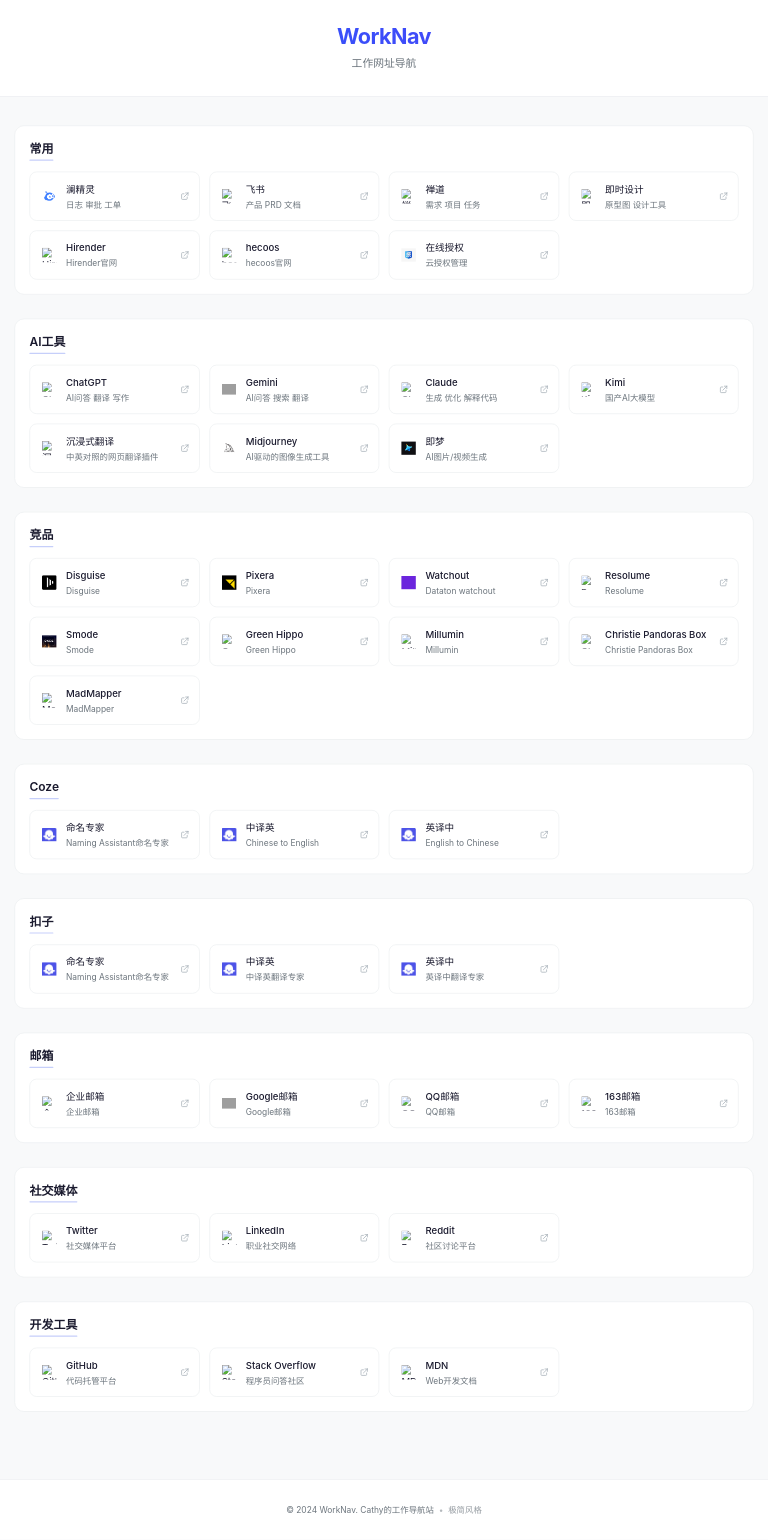
Repository: SweetPomelo0/WorkNav
Page: /
These files come from the project's save history. The page is drawn as it stood at one moment and after the next save; the edit follows.
The browser window is 1280 px wide. The pictures show the whole page, at 60% of full size.
Pictures or frames that could not be fetched are drawn as grey boxes. The project was rebuilt for these pictures with package versions that can differ from the ones it lists, and the page was loaded fresh each time. The framework's server and built-in components were replaced by stand-ins that run in the browser. Also part of the build but not shown: next.config.ts.

Above is the page before, as saved 2025-07-26 20:54:01.

After the next save:
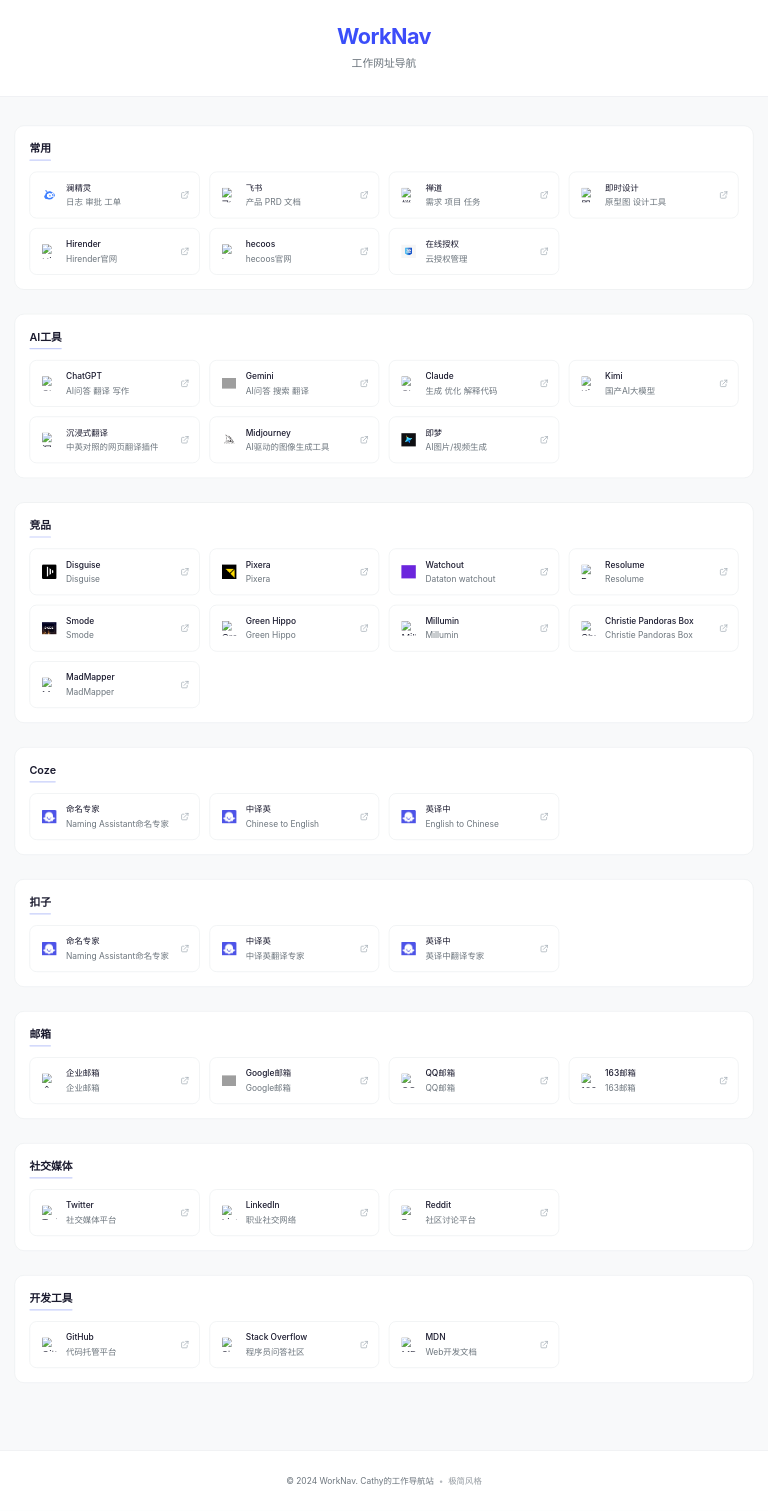
Saved 59 s later.
--- a/src/app/page.tsx
+++ b/src/app/page.tsx
@@ -110,7 +110,7 @@
                className="rounded-2xl border p-6 transition-all duration-300 hover:shadow-lg"
              >
                <h2
-                 className="text-xl font-semibold mb-6 relative inline-block"
+                 className="text-lg font-semibold mb-6 relative inline-block"
                  style={{ color: 'var(--text-primary)' }}
                >
                  <span className="relative z-10">{category.title}</span>
@@ -156,7 +156,7 @@
                          <div className="flex-1">
                            <h3
                              style={{ color: 'var(--text-primary)' }}
-                             className="font-medium group-hover:text-blue-600 dark:group-hover:text-blue-400 transition-colors"
+                             className="text-sm font-medium group-hover:text-blue-600 dark:group-hover:text-blue-400 transition-colors"
                            >
                              {link.name}
                            </h3>
